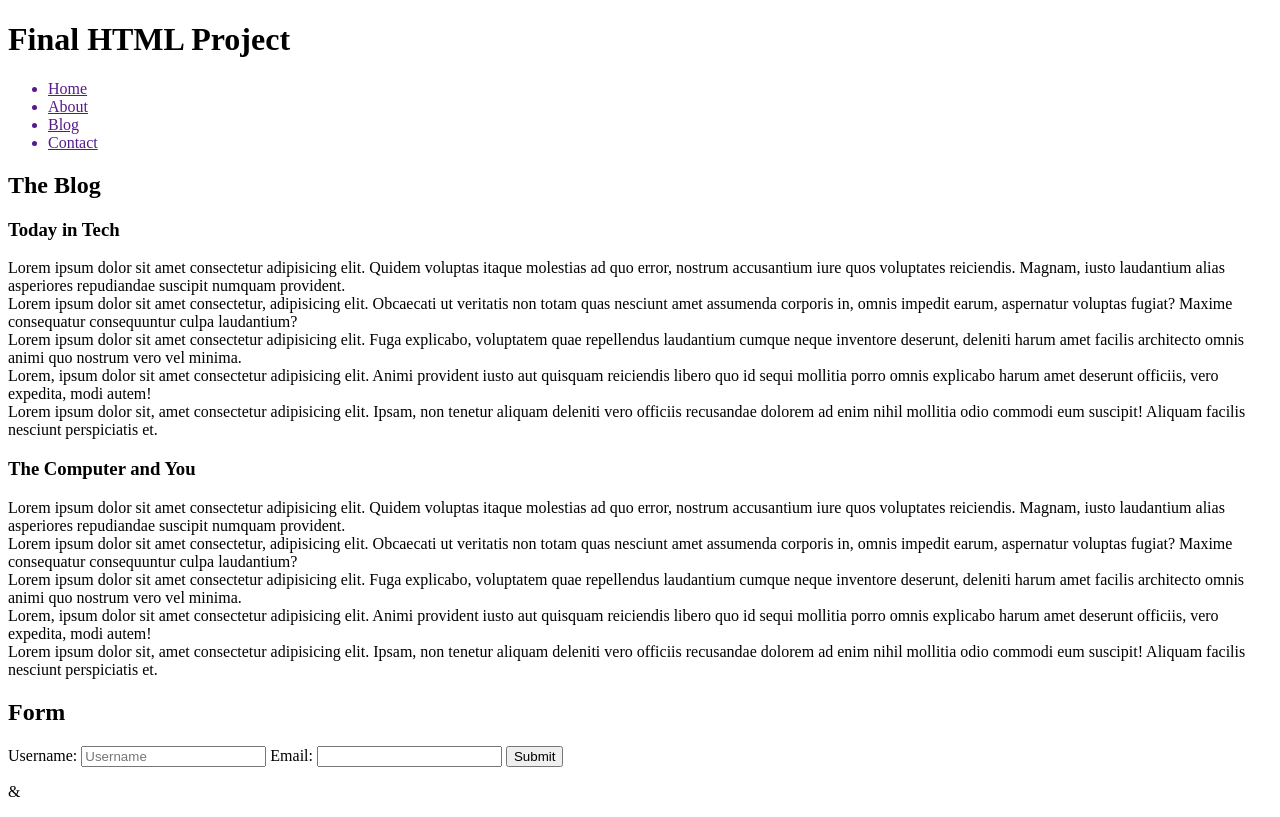
Repository: kmasih/finalHTMLProject
Page: index.HTML
These files come from the project's save history. The page is drawn as it stood at one moment and after the next save; the edit follows.
The browser window is 1280 px wide. The pictures show the whole page.

Above is the page before, as saved 2018-05-28 02:19:45.

### index.HTML
<!DOCTYPE html>
<html lang="en">

<head>
    <meta charset="UTF-8">
    <title>Final HTML Project</title>
</head>

<body>
    <!--
        Final HTML Project Requirements
        - Use Semantic HTML
        - Create a blog about any topic, I've used tech
        - Include a header
        - Include a nav with links
        - A blog section with two article each article having a h3 heading, again remembering to use semantic HTML
        - Include another section with u form featuring a username, email and submit button
        - A third section that is an image gallery with at least two images
        - And a footer with copyright
    -->


    <!--Header section of the page-->
    <header>
        <h1>Final HTML Project</h1>
    </header>

    <nav>
        <ul>
            <a href="">
                <li>Home</li>
            </a>
            <a href="">
                <li>About</li>
            </a>
            <a href="">
                <li>Blog</li>
            </a>
            <a href="">
                <li>Contact</li>
            </a>
        </ul>
    </nav>

    <!--End of section of the page-->

    <!--Blog post section-->

    <section>
        <h2>The Blog</h2>
        <article>
            <h3>Today in Tech</h3>

            <p>
                Lorem ipsum dolor sit amet consectetur adipisicing elit. Quidem voluptas itaque molestias ad quo error, nostrum accusantium iure quos voluptates reiciendis. Magnam, iusto laudantium alias asperiores repudiandae suscipit numquam provident.<br>                Lorem ipsum dolor sit amet consectetur, adipisicing elit. Obcaecati ut veritatis non totam quas nesciunt amet assumenda corporis in, omnis impedit earum, aspernatur voluptas fugiat? Maxime consequatur consequuntur culpa laudantium?<br>                Lorem ipsum dolor sit amet consectetur adipisicing elit. Fuga explicabo, voluptatem quae repellendus laudantium cumque neque inventore deserunt, deleniti harum amet facilis architecto omnis animi quo nostrum vero vel minima.<br> Lorem,
                ipsum dolor sit amet consectetur adipisicing elit. Animi provident iusto aut quisquam reiciendis libero quo id sequi mollitia porro omnis explicabo harum amet deserunt officiis, vero expedita, modi autem!<br> Lorem ipsum dolor sit, amet
                consectetur adipisicing elit. Ipsam, non tenetur aliquam deleniti vero officiis recusandae dolorem ad enim nihil mollitia odio commodi eum suscipit! Aliquam facilis nesciunt perspiciatis et.<br>

            </p>
        </article>


        <article>
            <h3>The Computer and You</h3>

            <p>
                Lorem ipsum dolor sit amet consectetur adipisicing elit. Quidem voluptas itaque molestias ad quo error, nostrum accusantium iure quos voluptates reiciendis. Magnam, iusto laudantium alias asperiores repudiandae suscipit numquam provident.
                <br> Lorem ipsum dolor sit amet consectetur, adipisicing elit. Obcaecati ut veritatis non totam quas nesciunt amet assumenda corporis in, omnis impedit earum, aspernatur voluptas fugiat? Maxime consequatur consequuntur culpa laudantium?
                <br> Lorem ipsum dolor sit amet consectetur adipisicing elit. Fuga explicabo, voluptatem quae repellendus laudantium cumque neque inventore deserunt, deleniti harum amet facilis architecto omnis animi quo nostrum vero vel minima.
                <br> Lorem, ipsum dolor sit amet consectetur adipisicing elit. Animi provident iusto aut quisquam reiciendis libero quo id sequi mollitia porro omnis explicabo harum amet deserunt officiis, vero expedita, modi autem!
                <br> Lorem ipsum dolor sit, amet consectetur adipisicing elit. Ipsam, non tenetur aliquam deleniti vero officiis recusandae dolorem ad enim nihil mollitia odio commodi eum suscipit! Aliquam facilis nesciunt perspiciatis et.
                <br>

            </p>
        </article>
    </section>



    <section>
        <h2>Form</h2>
        <form action="0">
            <label for="username">Username:</label>
            <input type="text" placeholder="Username">

            <label for="email">Email:</label>
            <input type="email" placeholer="email@gmail.com">

            <input type="submit" value="Submit">
        </form>
    </section>


    <footer>
        <p>&
            <Copy: My Blog All Rights Reserved</p>
    </footer>
</body>

</html>

After the next save:
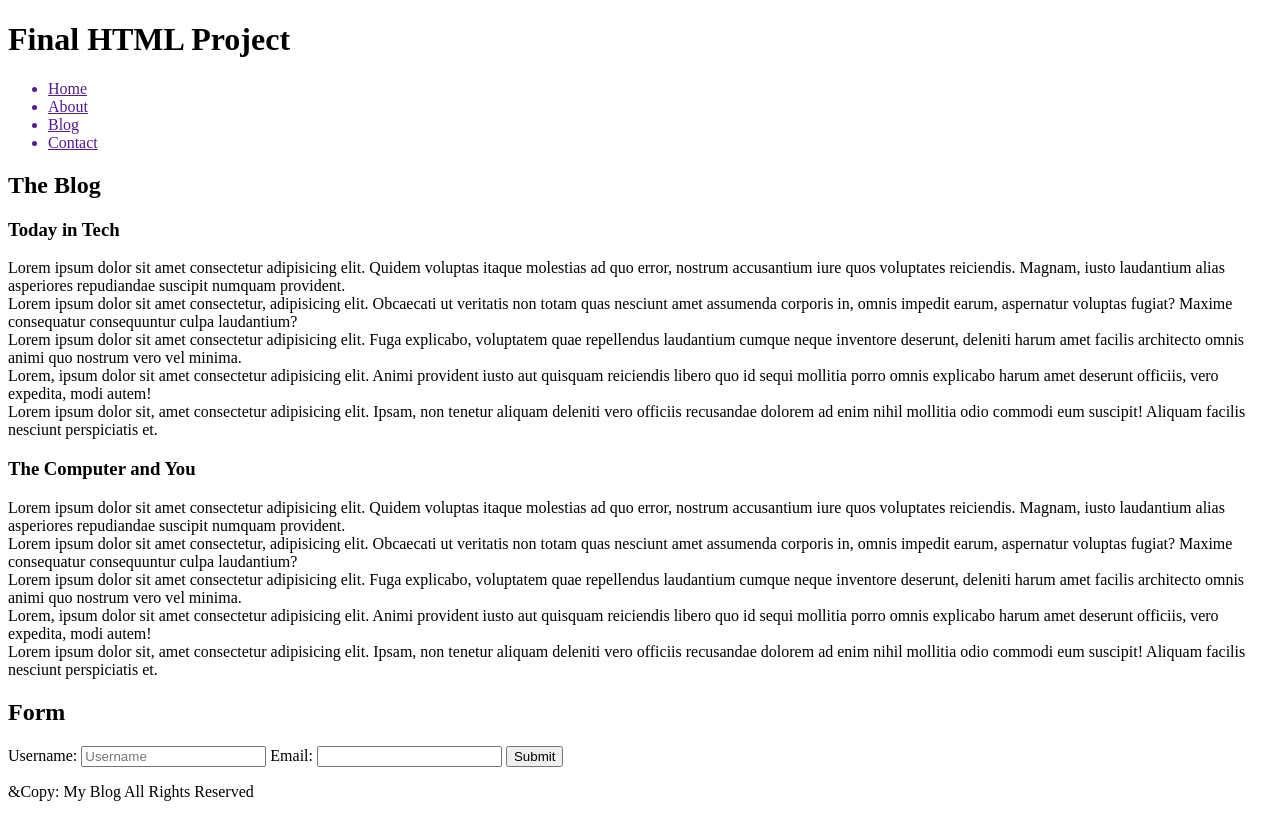
Saved 2 min 56 s later.
--- a/index.HTML
+++ b/index.HTML
@@ -92,8 +92,7 @@
 
 
     <footer>
-        <p>&
-            <Copy: My Blog All Rights Reserved</p>
+        <p>&Copy: My Blog All Rights Reserved</p>
     </footer>
 </body>
 
